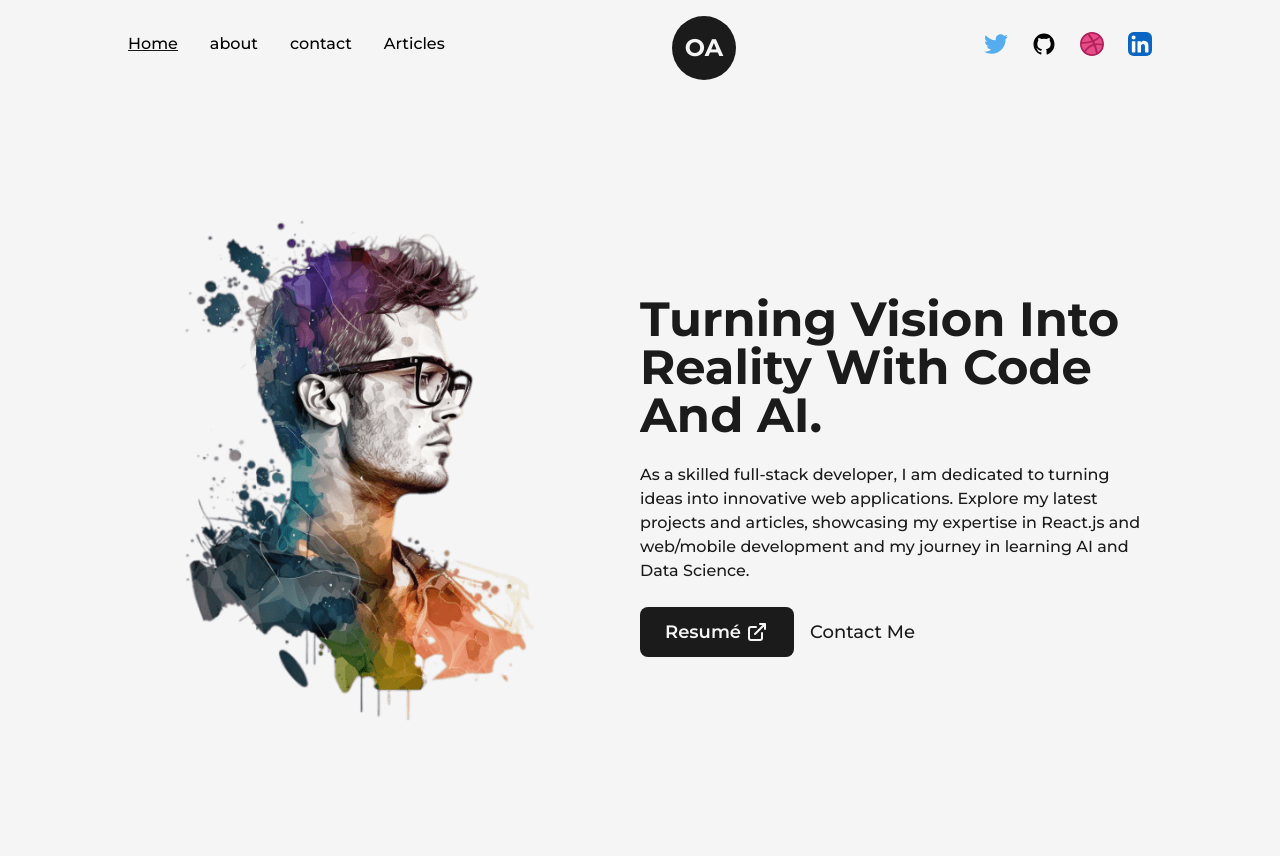
Repository: OussamaAbderraoufAttia/Next.js-Developer-Portfolio
Page: /
These files come from the project's save history. The page is drawn as it stood at one moment and after the next save; the edit follows.
The browser window is 1280 px wide. The pictures show the whole page.
The project was rebuilt for these pictures with package versions that can differ from the ones it lists, and the page was loaded fresh each time. The framework's server and built-in components were replaced by stand-ins that run in the browser. Also part of the build but not shown: next.config.js.

Above is the page before, as saved 2023-06-25 00:08:02.

After the next save:
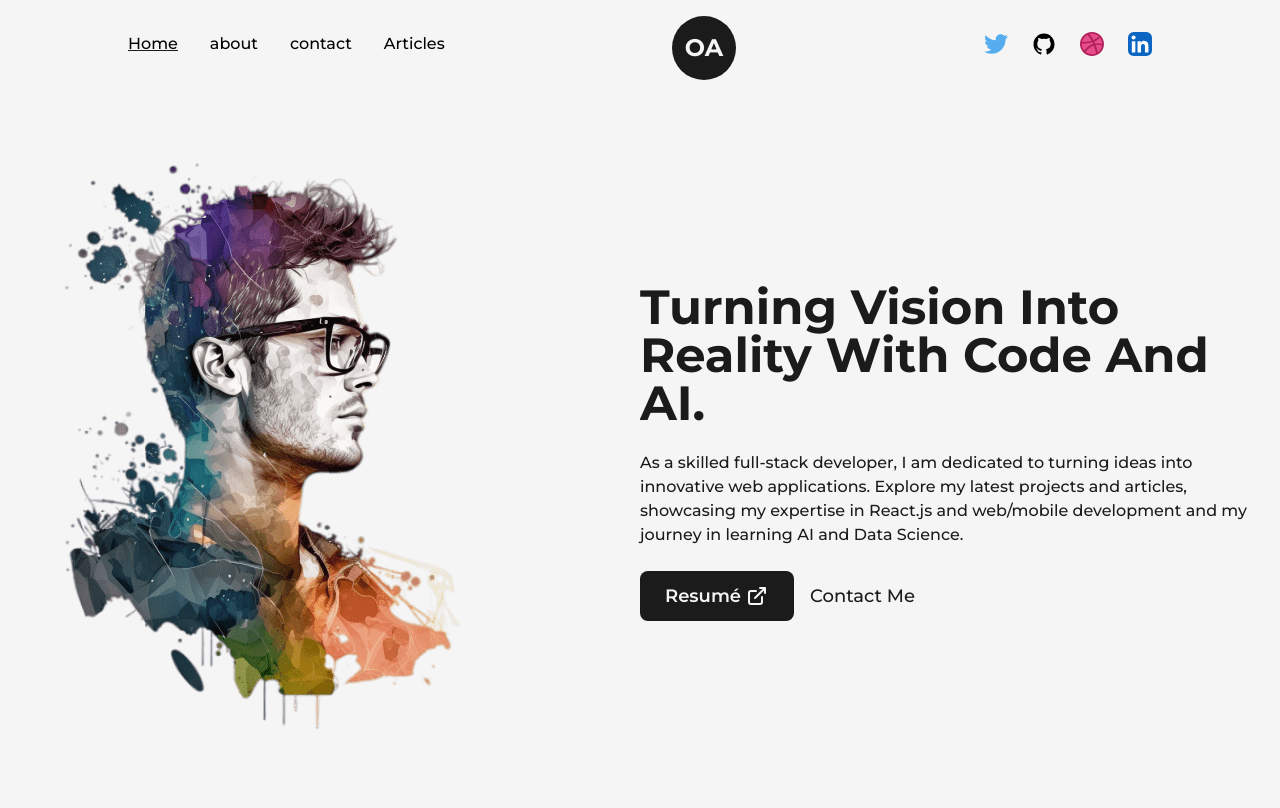
Saved 2 min 16 s later.
--- a/src/pages/index.js
+++ b/src/pages/index.js
@@ -15,7 +15,7 @@
         <meta name="description" content="Oussama Abderraouf ATTIA, 2CP student at ESI Algiers" />
       </Head>
       <main className="flex items-center text-dark w-full min-h-screen">
-        <Layout>
+        <Layout className='!mt-0'>
           <div className="flex  items-center justify-between w-full">
             <div className='w-1/2'>
               <Image src={developerPic} alt="Oussama Abderraouf ATTIA" className="w-auto h-auto" />
